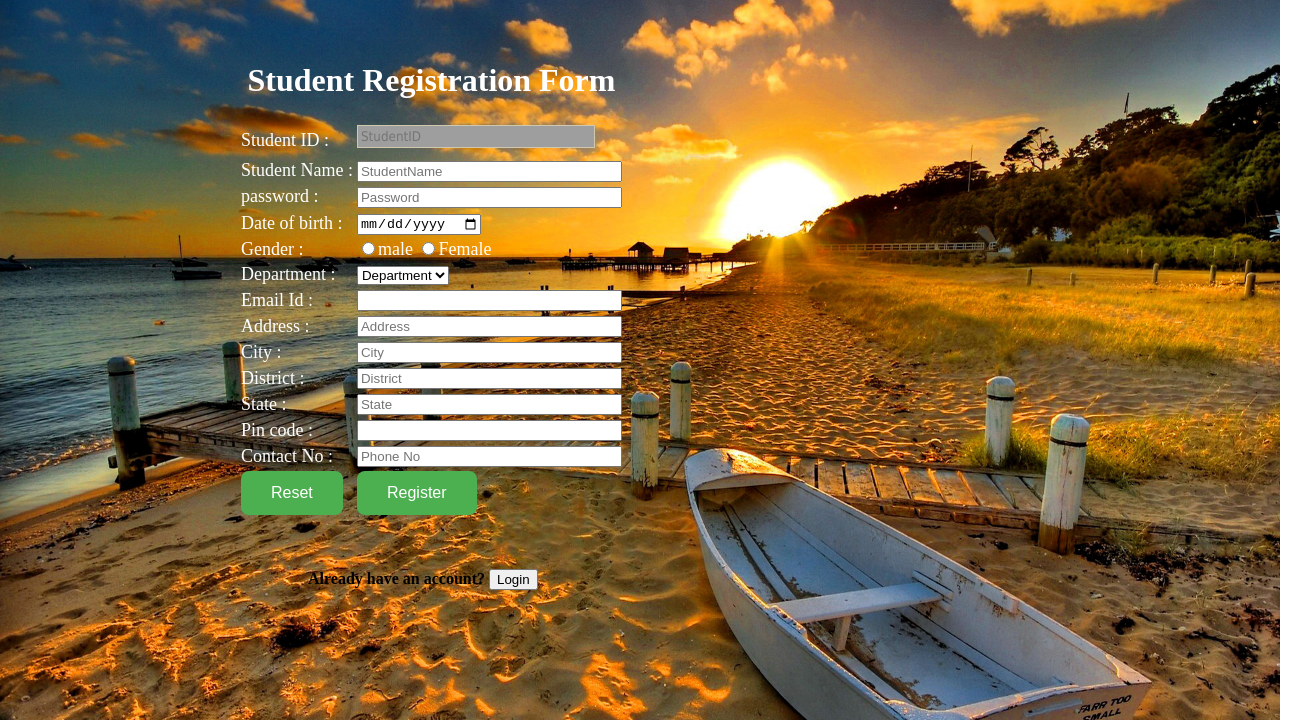
Repository: srikanthModugu/jdbc-servlet-jsp
Page: SutudentRegistration/WebContent/Registration.html
An editor plug-in stored every save of this project. The page is shown before and after the next save, followed by the edit.
The browser window is 1280 px wide. The page is 1308 px wide, so the pictures cover 1308 px, including what lies to the right of the window. The pictures show the whole page.
Pictures or frames that could not be fetched are drawn as grey boxes.

Above is the page before, as saved 2017-10-03 10:20:18.

After the next save:
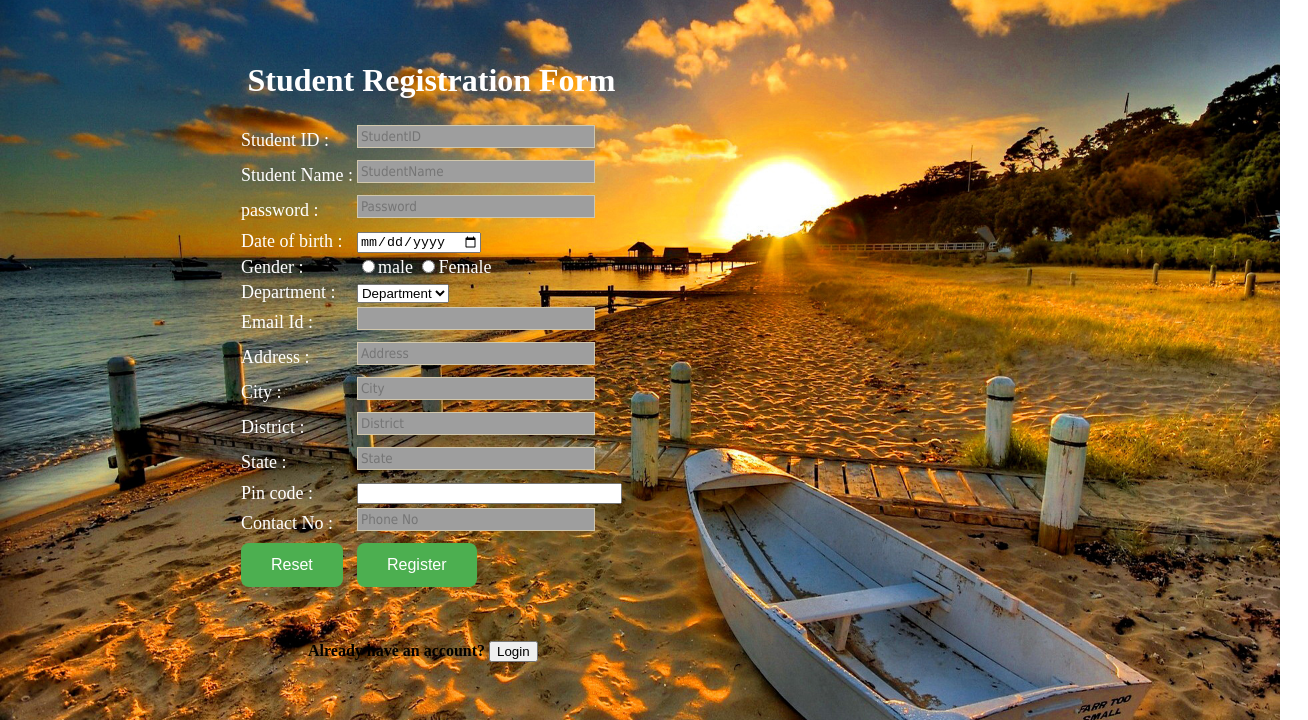
Saved 71 s later.
--- a/SutudentRegistration/WebContent/Registration.html
+++ b/SutudentRegistration/WebContent/Registration.html
@@ -90,12 +90,12 @@ td {
 
 						<tr>
 							<td>Student Name :</td>
-							<td><input type='text' name='studentName' size='30'placeholder="StudentName"><br></td>
+							<td><input class="tb10" type='text' name='studentName' size='30'placeholder="StudentName"><br></td>
 						</tr>
 
 						<tr>
 							<td>password :</td>
-							<td><input type='password' name='password' size='30' placeholder="Password" ><br></td>
+							<td><input class="tb10" type='password' name='password' size='30' placeholder="Password" ><br></td>
 						</tr>
 
 						<tr>
@@ -124,27 +124,27 @@ td {
 
 						<tr>
 							<td>Email Id :</td>
-							<td><input type='email' name='emailId' size='30'><br></td>
+							<td><input  class="tb10" type='email' name='emailId' size='30'><br></td>
 						</tr>
 
 						<tr>
 							<td>Address :</td>
-							<td><input type='text' name='address' placeholder="Address" size='30'><br></td>
+							<td><input  class="tb10" type='text' name='address' placeholder="Address" size='30'><br></td>
 						</tr>
 
 						<tr>
 							<td>City :</td>
-							<td><input type='text' name='city' size='30'placeholder="City"><br></td>
+							<td><input class="tb10" type='text' name='city' size='30'placeholder="City"><br></td>
 						</tr>
 
 						<tr>
 							<td>District :</td>
-							<td><input type='text' name='district' size='30' placeholder="District"><br></td>
+							<td><input class="tb10" type='text' name='district' size='30' placeholder="District"><br></td>
 						</tr>
 
 						<tr>
 							<td>State :</td>
-							<td><input type='text' name='state' size='30'placeholder="State"><br></td>
+							<td><input class="tb10" type='text' name='state' size='30'placeholder="State"><br></td>
 						</tr>
 
 						<tr>
@@ -154,7 +154,7 @@ td {
 
 						<tr>
 							<td>Contact No :</td>
-							<td><input type='text' name='mobileNo' size='30' placeholder="Phone No"><br></td>
+							<td><input class="tb10" type='text' name='mobileNo' size='30' placeholder="Phone No"><br></td>
 						</tr>
 
 
